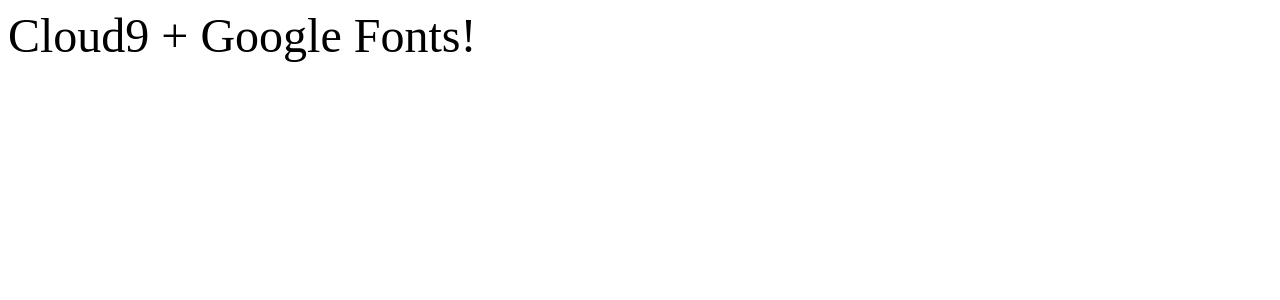
Repository: AnthonySu/Wakey-Wakey
Page: app/views/application/fonts.html
The author's editor kept a record of every edit. The page is drawn from the files as they stood at one moment, then again after the next edit.
The browser window is 1280 px wide. The pictures show the whole page.

Above is the page before.

After the next edit:
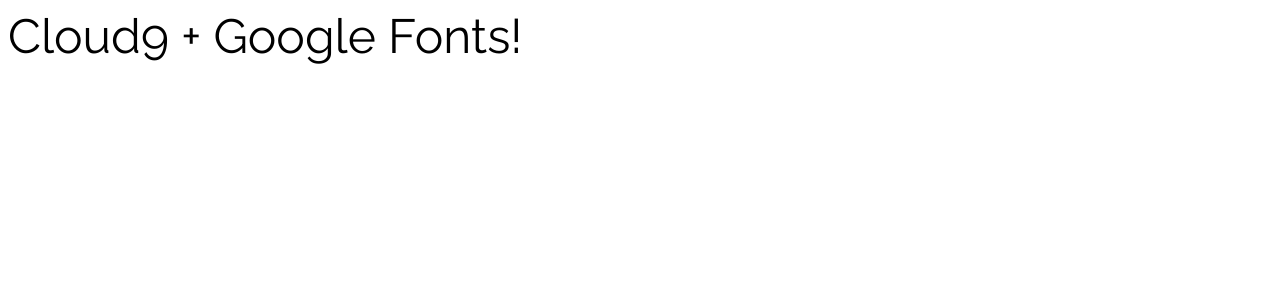
The edit:
--- a/app/views/application/fonts.html
+++ b/app/views/application/fonts.html
@@ -1,6 +1,6 @@
 <html>
   <head>
-    <link rel="stylesheet" type="text/css" href="//fonts.googleapis.com/css?family=Tangerine">
+    <link rel="stylesheet" type="text/css" href="//fonts.googleapis.com/css?family=Raleway">
     <style>
       body {
         font-family: 'Raleway', serif;
